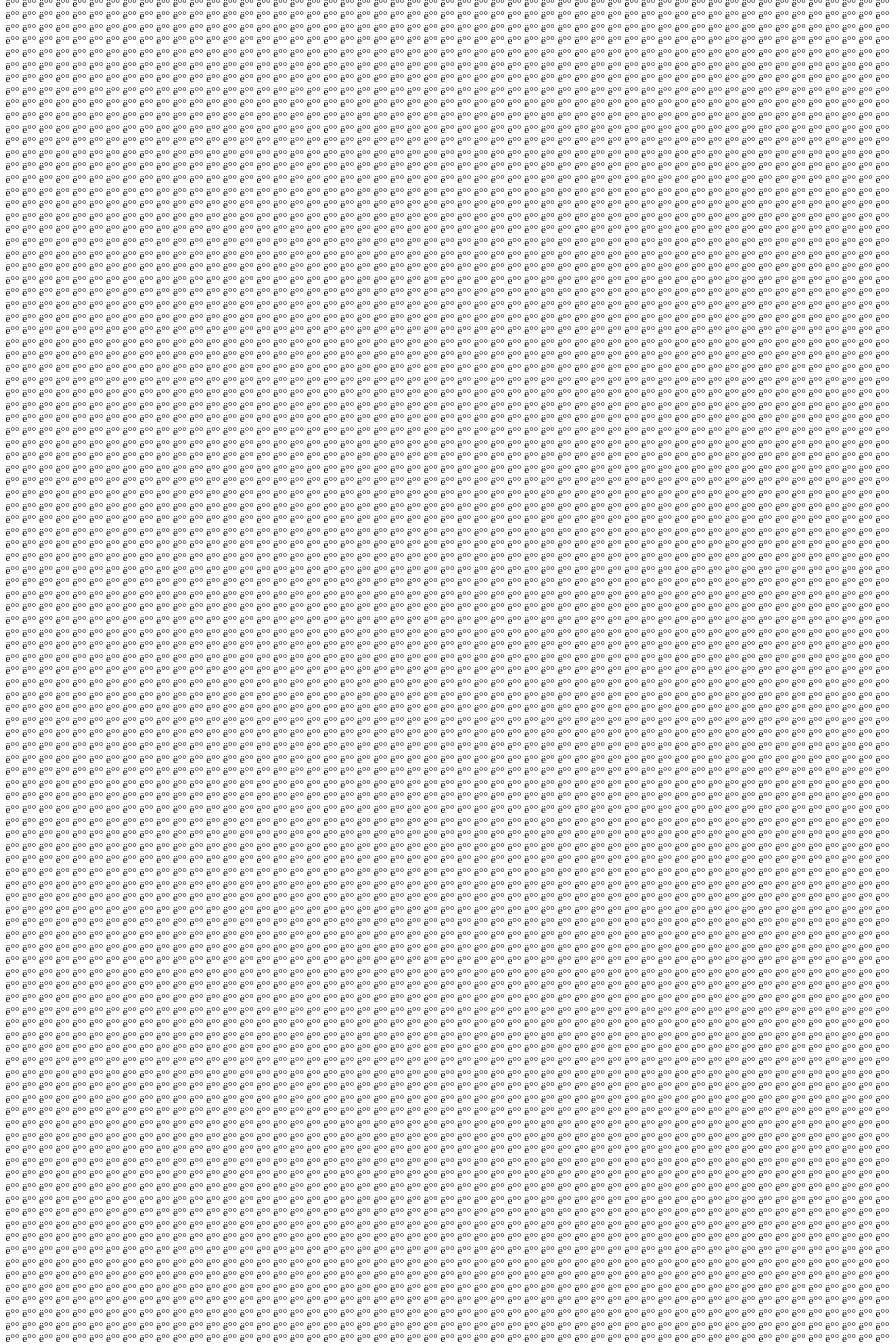
Repository: gitgw016/jsp
Page: http://localhost/07_directive_tag/page_02_buffer_info.jsp
An editor plug-in stored every save of this project. The page is shown before and after the next save, followed by the edit.
The browser window is 1280 px wide. The pictures show the part of the page from y = 3199 to 5119 px (the page is 34054 px tall before and 3490 px after), at 70% of full size.
The page is served by Tomcat 9.

Above is the page before, as saved 2021-12-08 03:25:16.

After the next save:
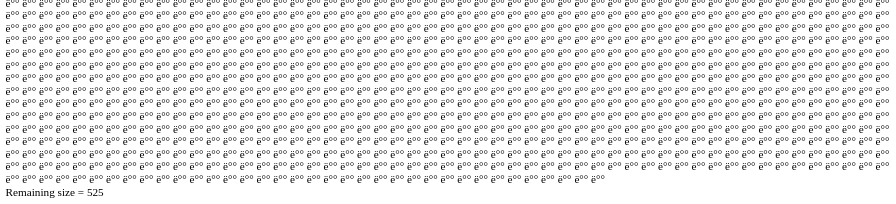
Saved 60 s later.
--- a/07_directive_tag/src/main/webapp/page_02_buffer_info.jsp
+++ b/07_directive_tag/src/main/webapp/page_02_buffer_info.jsp
@@ -15,7 +15,7 @@
 	Hello!!!
 	Remaining size = <%=out.getRemaining() %><br/>
 	<%
-		for(int i=0; i<100000; i++){
+		for(int i=0; i<10000; i++){
 			out.println("배");
 		}
 	%><br/>
